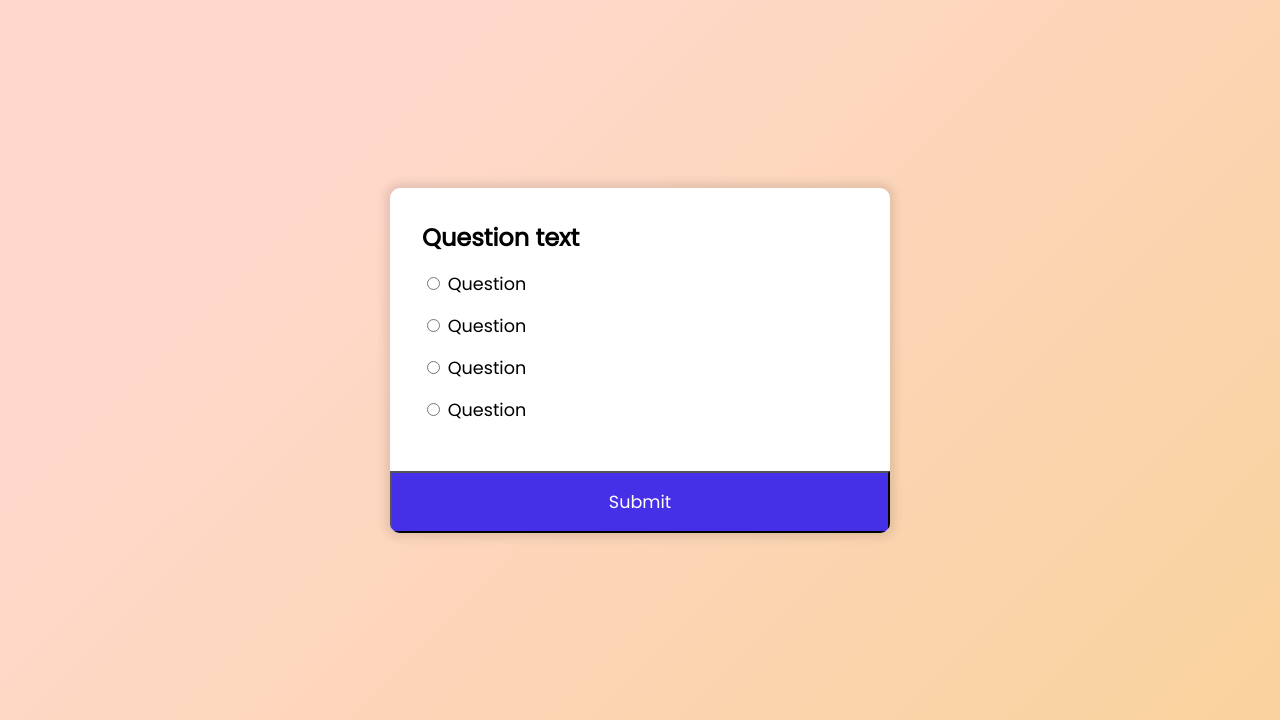
Repository: PratypartyY2K/JavaScript-Projects
Page: Quiz-App/index.html
The author's editor kept a copy of each file at every save. The page is drawn from the files as they stood at one save, then again after the next save.
The browser window is 1280 px wide. The pictures show the whole page.
The pointer rests on the first visible `button`.

Above is the page before, as saved 2021-07-04 11:10:38.
Console error: TypeError: document.getElementsById is not a function

### Quiz-App/index.html
<!DOCTYPE html>
<html lang="en">

<head>
    <meta charset="UTF-8">
    <meta http-equiv="X-UA-Compatible" content="IE=edge">
    <meta name="viewport" content="width=device-width, initial-scale=1.0">
    <title>Quiz App</title>
    <link rel="stylesheet" href="styles.css">
    <script src="script.js" defer></script>
</head>

<body>
    <div class="quiz-container" id="quiz">
        <div class="quiz-header">
            <h2 id="question">Question text</h2>
            <ul>
                <li>
                    <input type="radio" id="a" name="answer" class="answer" />
                    <label id="a_text" for="a">Question</label>
                </li>
                <li>
                    <input type="radio" id="b" name="answer" class="answer" />
                    <label id="b_text" for="b">Question</label>
                </li>
                <li>
                    <input type="radio" id="c" name="answer" class="answer" />
                    <label id="c_text" for="c">Question</label>
                </li>
                <li>
                    <input type="radio" id="d" name="answer" class="answer" />
                    <label id="d_text" for="d">Question</label>
                </li>
            </ul>
        </div>
        <button id="submit">Submit</button>
    </div>
</body>
</html>

### Quiz-App/styles.css
@import url('https://fonts.googleapis.com/css2?family=Poppins&display=swap');

* {
    box-sizing: border-box;
}

body {
    margin: 0;
    background-color: #f9d29d;
    background-image: linear-gradient(315deg, #f9d29d 0%, #ffd8cb 74%);
    display: flex;
    justify-content: center;
    align-items: center;
    min-height: 100vh;
    font-family: "Poppins", sans-serif;
}

.quiz-container {
    background-color: #fff;
    border-radius: 10px;
    box-shadow: 0 0 10px 5px rgba(0,0,0,0.1);
    width: 500px;
    max-width: 100%;
    overflow: hidden;
}

.quiz-header {
    padding: 2rem;
}

h2 {
    margin: 0;
}

ul {
    list-style-type: none;
    padding: 0;
}

ul li {
    font-size: 1.1rem;
    margin: 1rem 0;
    cursor: pointer;
}

button {
    background-color: #6c5ce7;
    display: block;
    color: white;
    font-family: inherit;
    font-size: 1.1rem;
    width: 100%;
    padding: 1rem;
    cursor: pointer;
}

button:hover {
    background-color: #4630e7;
}

button:focus {
    background-color: #331ce4;
}

### Quiz-App/script.js
const quizData = [
  {
    question: "What is 10 + 4?",
    a: "12",
    b: "14",
    c: "16",
    d: "140",
    correct: "c",
  },
  {
    question: "What is 20 - 9?",
    a: "7",
    b: "13",
    c: "11",
    d: "29",
    correct: "c",
  },
  {
    question: "What is 7 x 3?",
    a: "21",
    b: "24",
    c: "25",
    d: "20",
    correct: "a",
  },
  {
    question: "What is 8 / 2?",
    a: "10",
    b: "2",
    c: "4",
    d: "6",
    correct: "c",
  },
  {
    question: "What is 8 ^ 2?",
    a: "8",
    b: "2",
    c: "64",
    d: "16",
    correct: "c",
  },
];

const questionEl = document.getElementById("question");
const a_text = document.getElementById("a_text");
const b_text = document.getElementById("b_text");
const c_text = document.getElementById("c_text");
const d_text = document.getElementById("d_text");
const submitBtn = document.getElementsById("submit");

let currentQuestion = 0;

loadQuiz();

function loadQuiz() {
  const currentQuizData = quizData[currentQuestion];

  questionEl.innerText = currentQuizData.question;

  a_text.innerText = currentQuizData.a;
  b_text.innerText = currentQuizData.b;
  c_text.innerText = currentQuizData.c;
  d_text.innerText = currentQuizData.d;
}

submitBtn.addEventListener("click", () => {
  currentQuestion++;

  if (currentQuiz < quizData.length) {
    loadQuiz();
  } else {
    alert('You finished! Give yourslef a PAT on the BACK');
  }
});

After the next save:
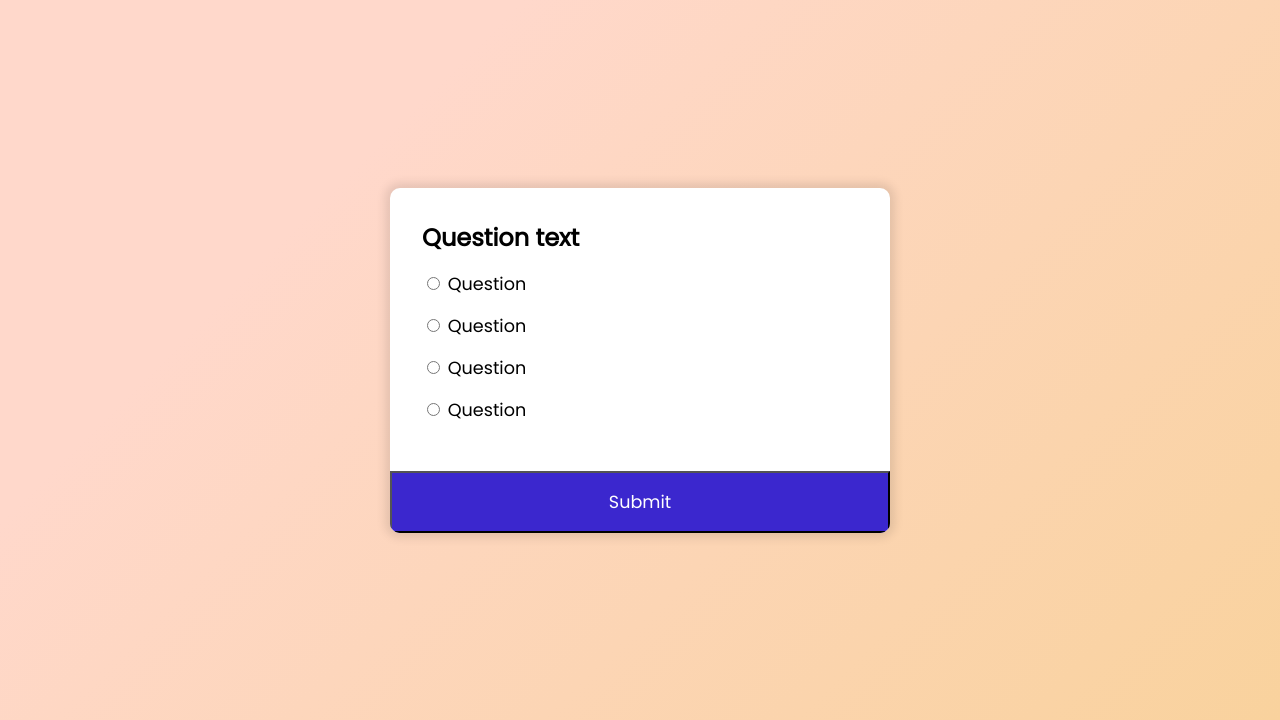
Saved 23 s later.
--- a/Quiz-App/styles.css
+++ b/Quiz-App/styles.css
@@ -55,7 +55,7 @@ button {
 }
 
 button:hover {
-    background-color: #4630e7;
+    background-color: #3b27ce;
 }
 
 button:focus {
